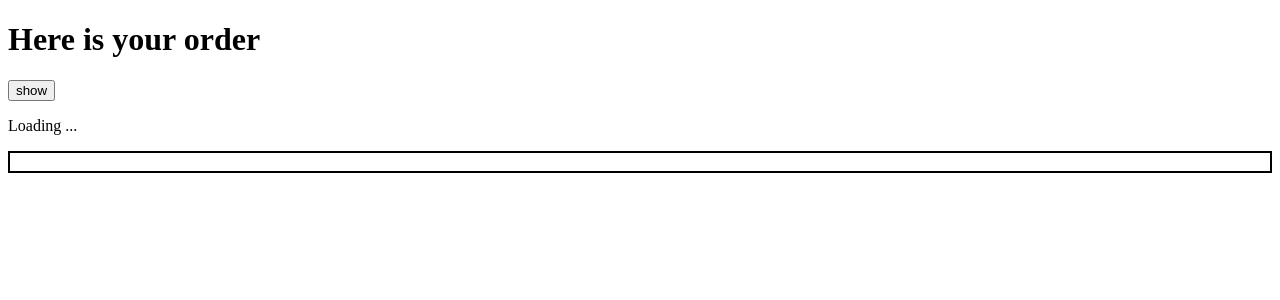
Repository: boschierob/order-app
Page: read.html
An editor plug-in stored every save of this project. The page is shown before and after the next save, followed by the edit.
The browser window is 1280 px wide. The pictures show the whole page.
The page's requests for data from a server got no answer.

Above is the page before, as saved 2023-01-01 19:56:18.

### read.html
<!DOCTYPE html>
<html lang="en">

<head>
    <meta charset="UTF-8">
    <meta http-equiv="X-UA-Compatible" content="IE=edge">
    <meta name="viewport" content="width=device-width, initial-scale=1.0">
    <title>view your order</title>
    <style>

    </style>
</head>

<body>
    <div>
        <h1>Here is your order</h1>
        <div>
            <button>show</button>
            <p id="data"> Loading ...</p>
            <div style="border:2px solid black ;">
                <img id="image">
            </div>


        </div>

    </div>

    <script type="text/javascript">
        const show = document.getElementById('data');
        const image = document.getElementById('image');

        fetch('/list', {
            headers: {
                "Content-Type": "application/json"
            }
        })
            .then(response => response.json())
            .then(data => {
                //str = str.replace(/\^/g, '');
                const arrivals =  JSON.stringify(data.arrivals).replace(/[\[\^!""\]]/g, '');

                const departures = JSON.stringify(data.departures).replace(/[\[\^!""\]]/g, '');
                const so = JSON.stringify(data.so).replace(/[\[\^!""\]]/g, '');
                show.innerHTML = `<h2>Votre commande :</h2>
                <ul>
                    <li>chambres en arrivées : ${arrivals} </li>
                <li> chambres en départs : ${departures}</li>
                <li>en stay over : ${so}</li>
                </ul>`
                image.src = data.signature;

            })
            .catch(error => console.error(error))

    </script>
</body>

</html>

After the next save:
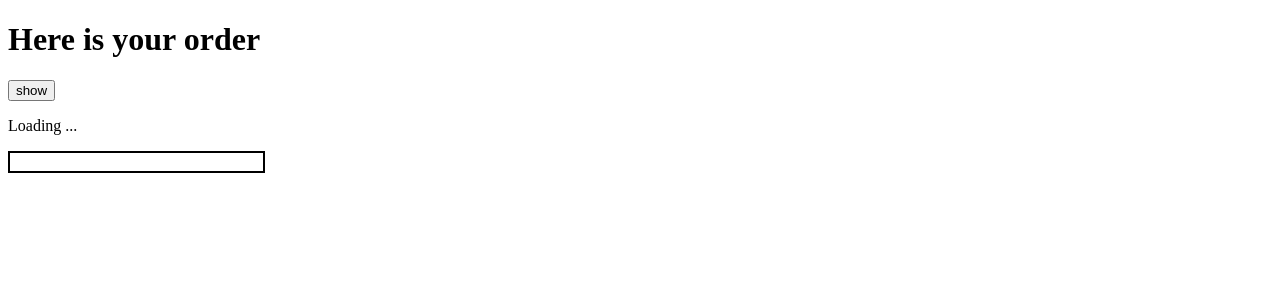
Saved 31 s later.
--- a/read.html
+++ b/read.html
@@ -17,7 +17,7 @@
         <div>
             <button>show</button>
             <p id="data"> Loading ...</p>
-            <div style="border:2px solid black ;">
+            <div style="border:2px solid black ; width:20%; height:10%">
                 <img id="image">
             </div>
 
